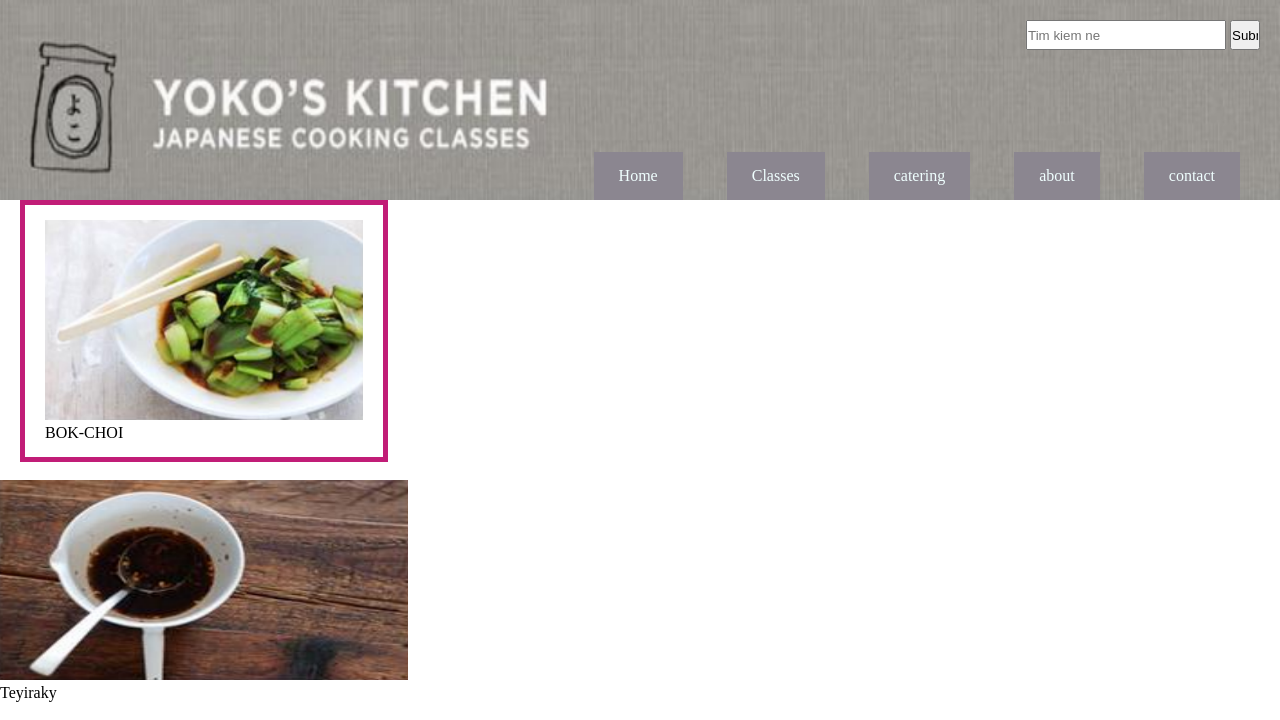
Repository: huy352002/20012931-Tr-n-Quang-Huy
Page: bt2.html
The author's editor kept a copy of each file at every save. The page is drawn from the files as they stood at one save, then again after the next save.
The browser window is 1280 px wide. The pictures show the whole page.

Above is the page before, as saved 2022-09-30 10:09:48.

After the next save:
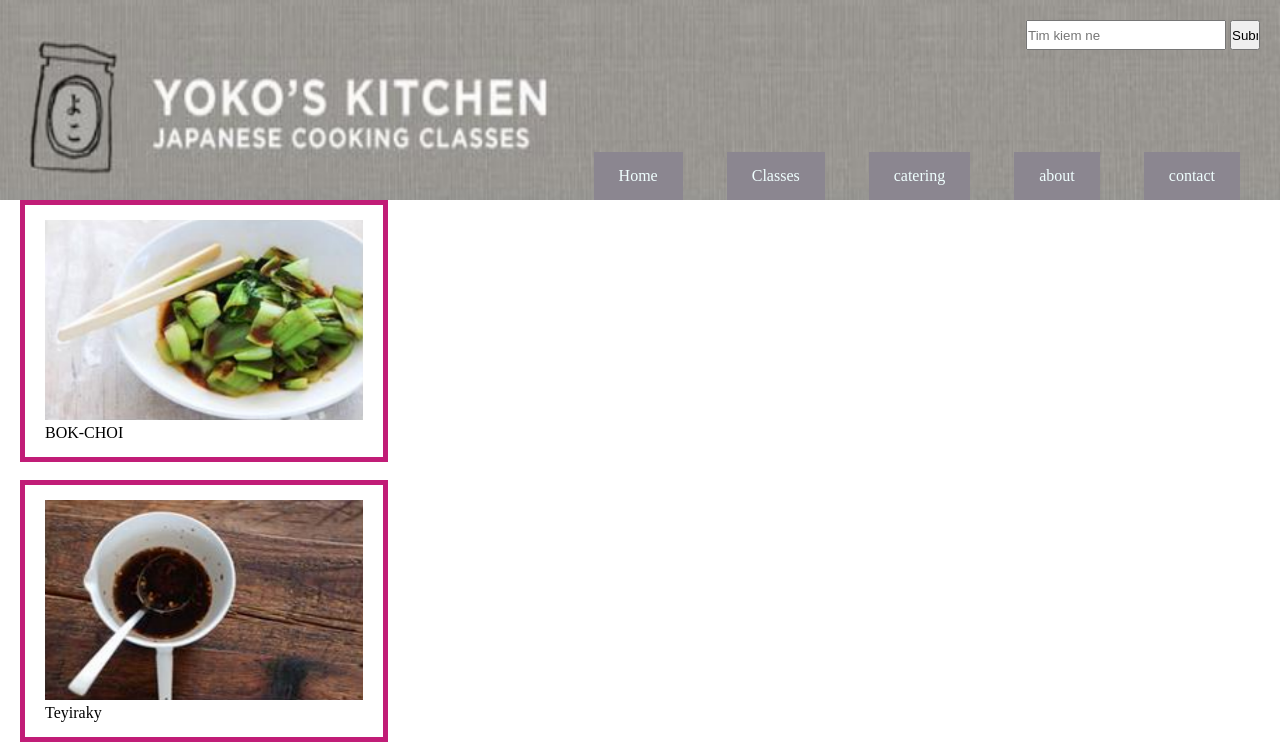
Saved 31 s later.
--- a/bt2.html
+++ b/bt2.html
@@ -38,8 +38,11 @@
                     <p>BOK-CHOI</p>
                 </div>
                 <br>
-                <img class="img" src="/img2.png" alt="">
-                <p>Teyiraky</p>
+                <div class="img_boder">
+                    <img class="img" src="/img2.png" alt="">
+                    <p>Teyiraky</p>
+
+                </div>
             </div>
 
 
